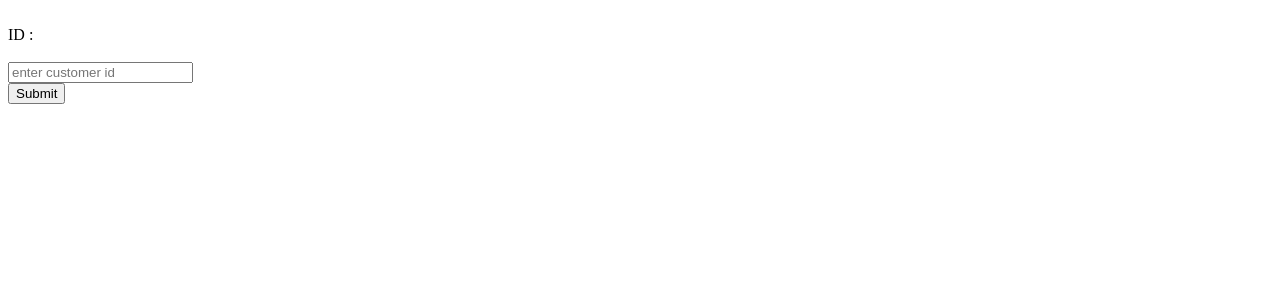
Repository: Sridharreddy597/bcjdecember2016git
Page: http://localhost/restclientAJAX/views/delfrm.jsp
An editor plug-in stored every save of this project. The page is shown before and after the next save, followed by the edit.
The browser window is 1280 px wide. The pictures show the whole page.
Some web libraries are served in a nearby version. The page is served by Tomcat 9. Nobody is signed in. The application's start-up code is not run. Other server files are loaded and not shown.

Above is the page before, as saved 2017-06-16 15:29:51.

### restclientAJAX/src/main/webapp/views/delfrm.jsp
<%@ page language="java" contentType="text/html; charset=ISO-8859-1"
	pageEncoding="ISO-8859-1"%>


<!DOCTYPE html PUBLIC "-//W3C//DTD HTML 4.01 Transitional//EN" "http://www.w3.org/TR/html4/loose.dtd">
<html>
<head>
<meta http-equiv="Content-Type" content="text/html; charset=ISO-8859-1">
<title>Insert title here</title>



<script
	src="https://ajax.googleapis.com/ajax/libs/jquery/3.2.1/jquery.min.js"></script>

</head>
<body>
<div>

	<form commandName="cust" action="delfrm" method="DELETE" id="submitdelForm"><br>
		ID :<br> <br><input type="text" class="form-control" name="id" id="id"
			placeholder="enter customer id " required> <br> <input
			type="submit" value="Submit">
	</form>
	<div  id="result3"> </div>
</div>

	<script>

		$(document).ready(function() {
		$('#submitdelForm').submit(function(e) {
		e.preventDefault();
		var id1 = $('#id').val();
		console.log(id1);
		$.ajax({contentType : 'application/json; charset=utf-8',
		type : 'DELETE',
		url : '/restclient/delfrm/'+id1,
		success : function() {

	  $("#result3").append(id1+"  deleted successfully  \n");


				},
				error : function() {
							$('#result3').text("Error!");
						}
			});
		});
	});

		/*
			 $(document).ready(function() {

				$('#submitGetForm').submit(function(e) {

					var frm = $('#submitGetForm');
					e.preventDefault();

					var data = {}
					var Form = this;

					//Gather Data also remove undefined keys(buttons)
					$.each(this, function(i, v) {
						var input = $(v);

						data[input.attr("name")] = input.val();
						delete data["undefined"];
					});
					$.ajax({
						contentType : 'application/json; charset=utf-8',
						type : frm.attr('method'),
						url : frm.attr('action'),
						success : function(data) {
							$("#div2").html('');
							var div2Content = '';
							for (var i = 0; i < data.length; i++) {
								div2Content += '<p>' + data[i].Name + '</p>'; // if Name is property of your Person object
							}
							$("#div2").append(div2Content);
						},
						error : function() {
							$(this).text("Error!");
						}
					});
				});
			}); */
	</script>

</body>
</html>

After the next save:
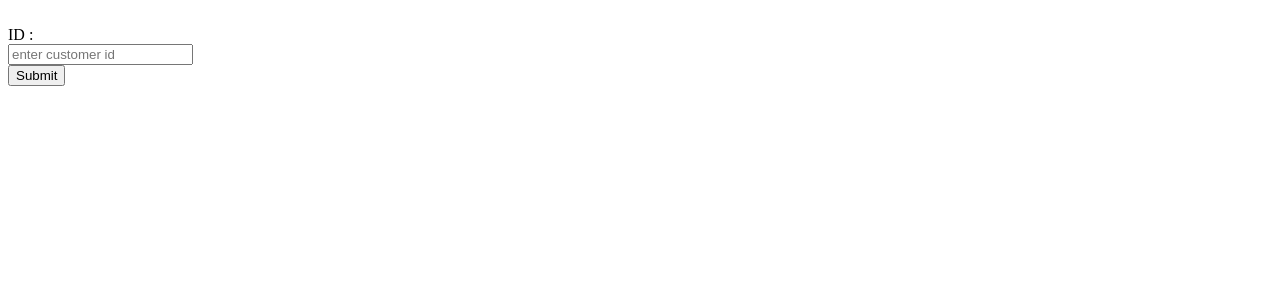
Saved 81 s later.
--- a/restclientAJAX/src/main/webapp/views/delfrm.jsp
+++ b/restclientAJAX/src/main/webapp/views/delfrm.jsp
@@ -18,7 +18,7 @@
 <div>
 
 	<form commandName="cust" action="delfrm" method="DELETE" id="submitdelForm"><br>
-		ID :<br> <br><input type="text" class="form-control" name="id" id="id"
+		ID :<br> <input type="text" class="form-control" name="id" id="id"
 			placeholder="enter customer id " required> <br> <input
 			type="submit" value="Submit">
 	</form>
